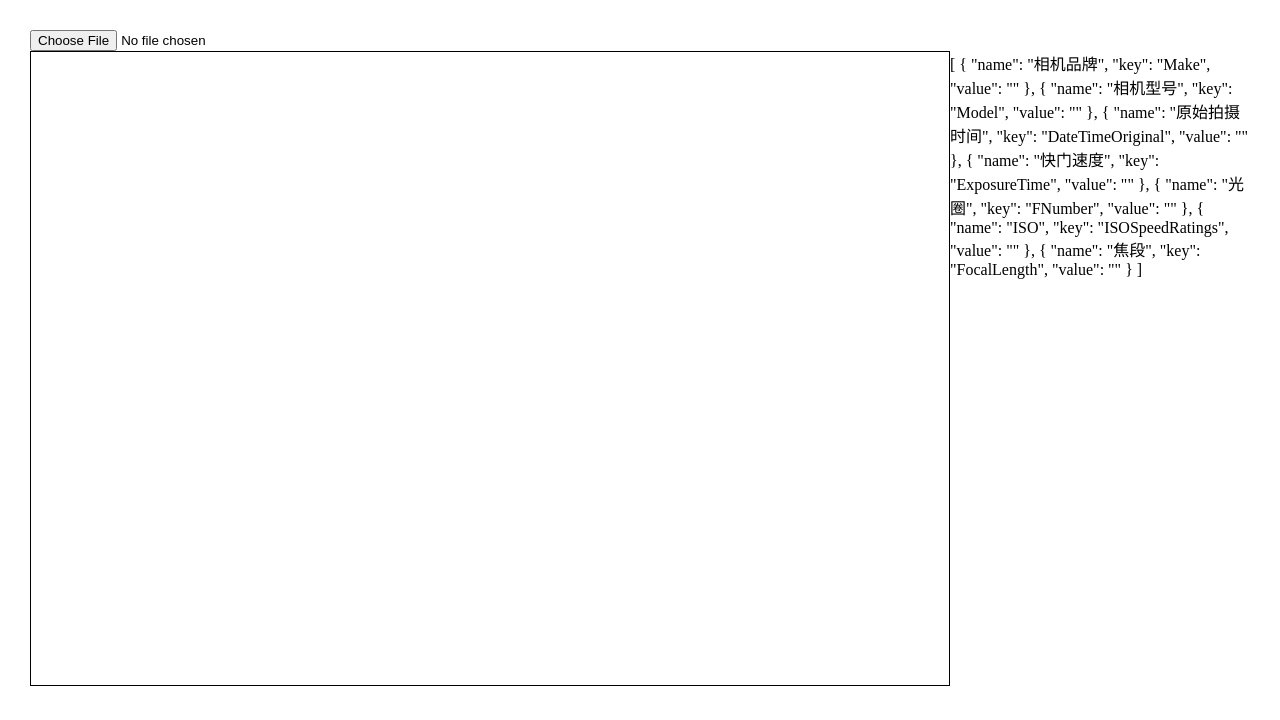
Repository: Gaays/camera-watermark
Page: /
The author's editor kept a copy of each file at every save. The page is drawn from the files as they stood at one save, then again after the next save.
The browser window is 1280 px wide. The pictures show the whole page.
The project was rebuilt for these pictures with package versions that can differ from the ones it lists, and the page was loaded fresh each time. Also part of the build but not shown: vue.config.js.

Above is the page before, as saved 2024-08-17 23:16:22.

### src/App.vue
<template>
  <CameraWatermark />
</template>

<script setup>
import CameraWatermark from './components/cameraWatermark.vue'

</script>

<style>
* {
  box-sizing: border-box;
}

html,
body,
#app {
  margin: 0;
  padding: 0;
  width: 100vw;
  height: 100vh;
}</style>

### src/components/cameraWatermark.vue
<template>
  <div class="content">
    <input type="file" id="fileInput" accept="image/*" @change="handleFileChange">
    <div class="show-box">
      <canvas id="imageCanvas" style="border: 1px solid black;"></canvas>
      <div class="data-box">
        <span>{{ output }}</span>
      </div>
    </div>
  </div>
</template>

<script setup>
import { ref, onMounted } from 'vue'
import EXIF from 'exif-js'
import CanonImg from '../assets/canon.png'
import NikonImg from '../assets/nikon.png'
import SonyImg from '../assets/sony.png'

const borderInfo = {
  left: 20,
  top: 20,
  right: 20,
  bottom: 80,
}

const markMap = {
  Canon: CanonImg,
  Nikon: NikonImg,
  Sony: SonyImg
}

const output = ref([
  {
    name: '相机品牌', key: 'Make', value: ''
  },
  {
    name: '相机型号', key: 'Model', value: ''
  },
  {
    name: '原始拍摄时间', key: 'DateTimeOriginal', value: ''
  },
  {
    name: '快门速度', key: 'ExposureTime', value: ''
  },
  {
    name: '光圈', key: 'FNumber', value: ''
  },
  {
    name: 'ISO', key: 'ISOSpeedRatings', value: ''
  },
  {
    name: '焦段', key: 'FocalLength', value: ''
  },
])

const handleExif = (arrayBuffer) => {
  const exifData = EXIF.readFromBinaryFile(arrayBuffer);
  output.value.forEach(item => {
    if (exifData[item.key]) {
      const data = exifData[item.key];
      item.value = data;
      // 单独处理快门速度，把值改为分数显示
      if (item.key === 'ExposureTime') {
        if (data > 1) {
          item.value = data + 's'
        } else {
          item.value = '1/' + 1 / data + 's'
        }
      } else if (item.key === 'FNumber') {
        // 单独处理光圈
        item.value = 'f/' + data
      } else if (item.key === 'FocalLength') {
        // 单独处理焦段
        item.value = data + 'mm'
      } else if (item.key === 'ISOSpeedRatings') {
        item.value = 'ISO ' + data
      }
    } else {
      item.value = '-'
    }
  })
}

const handleImg = (file) => {
  const originImg = URL.createObjectURL(file);
  const canvas = document.getElementById('imageCanvas');
  const ctx = canvas.getContext('2d');
  ctx.clearRect(0, 0, canvasBox.width, canvasBox.height);

  const img = new Image();
  img.onload = function () {
    const aspectRatio = img.width / img.height;
    let imgWidth = 0
    let imgHeight = 0
    if (img.width >= img.height) {
      imgWidth = imgBox.width;
      imgHeight = imgWidth / aspectRatio;
    } else {
      imgHeight = imgBox.height;
      imgWidth = imgHeight * aspectRatio;
    }

    ctx.strokeRect(0, 0, imgWidth + borderInfo.left + borderInfo.right, imgHeight + borderInfo.top + borderInfo.bottom);
    // 将图片绘制到 canvas 上
    ctx.drawImage(img, borderInfo.left, borderInfo.top, imgWidth, imgHeight);

    // 绘制水印
    handleDrawExif(ctx, imgWidth, imgHeight);
  };
  img.src = originImg; // 设置图片源为读取的文件数据
}

const handleDrawExif = (ctx, width, height) => {
  ctx.font = "18px bold Arial";
  ctx.fillStyle = "rgb(0, 0, 0)";
  // 品牌
  const brand = output.value[0].value;
  // 快门速度
  const exposureTime = output.value[3].value;
  // 光圈
  const fNumber = output.value[4].value;
  // ISO
  const iso = output.value[5].value;
  // 焦段
  const focalLength = output.value[6].value;

  const list = [focalLength, fNumber, exposureTime, iso]
  const text = list.join(' ')
  const textWidth = ctx.measureText(text).width;
  const textLeft = (width - textWidth + borderInfo.left);
  const textTop = (height + borderInfo.top + 50);

  ctx.fillText(text, textLeft, textTop)

  // 绘制品牌
  drawBrand(brand, ctx, width, height)
}

// 绘制品牌
const drawBrand = (brand, ctx, width, height) => {
  if (brand && markMap[brand]) {
    const originImg = markMap[brand];
    const img = new Image();
    img.onload = function () {
      const aspectRatio = img.width / img.height;
      const imgHeight = 30
      const imgWidth = imgHeight * aspectRatio
      const imgTop = height + borderInfo.top + 20
      const imgLeft = borderInfo.left

      ctx.drawImage(img, imgLeft, imgTop, imgWidth, imgHeight);
    };
    img.src = originImg; // 设置图片源为读取的文件数据
  }
}

const handleFileChange = (event) => {
  const file = event.target.files[0];
  if (file) {
    const reader = new FileReader();

    reader.onload = function (e) {
      const arrayBuffer = e.target.result;
      // 读exif数据
      handleExif(arrayBuffer)

      // canvas渲染图片
      handleImg(file)

    };

    reader.readAsArrayBuffer(file);
  }
}

let imgBox = {
  width: 0,
  height: 0
}
let canvasBox = {
  width: 0,
  height: 0
}
const initData = () => {
  const dom = document.getElementById('imageCanvas');
  const domSizeData = dom.getClientRects();
  imgBox = {
    width: domSizeData[0].width,
    height: domSizeData[0].height,
  }
  const canvas = document.getElementById('imageCanvas');
  canvas.width = imgBox.width + borderInfo.left + borderInfo.right;
  canvas.height = imgBox.height + borderInfo.top + borderInfo.bottom;
  canvasBox = {
    width: canvas.width,
    height: canvas.height,
  }
}

onMounted(() => {
  initData()
})
</script>

<!-- Add "scoped" attribute to limit CSS to this component only -->
<style lang="scss" scoped>
.content {
  width: 100%;
  height: 100%;
  padding: 30px 30px;

  .show-box {
    width: 100%;
    height: calc(100% - 25px);
    display: flex;

    #imageCanvas {
      width: calc(100% - 300px);
      height: 100%;
    }

    .data-box {
      width: 300px;
      height: 100%;
      overflow: auto;
    }
  }
}
</style>

Loaded but not shown: public/index.html (common file); src/main.js (common file)

After the next save:
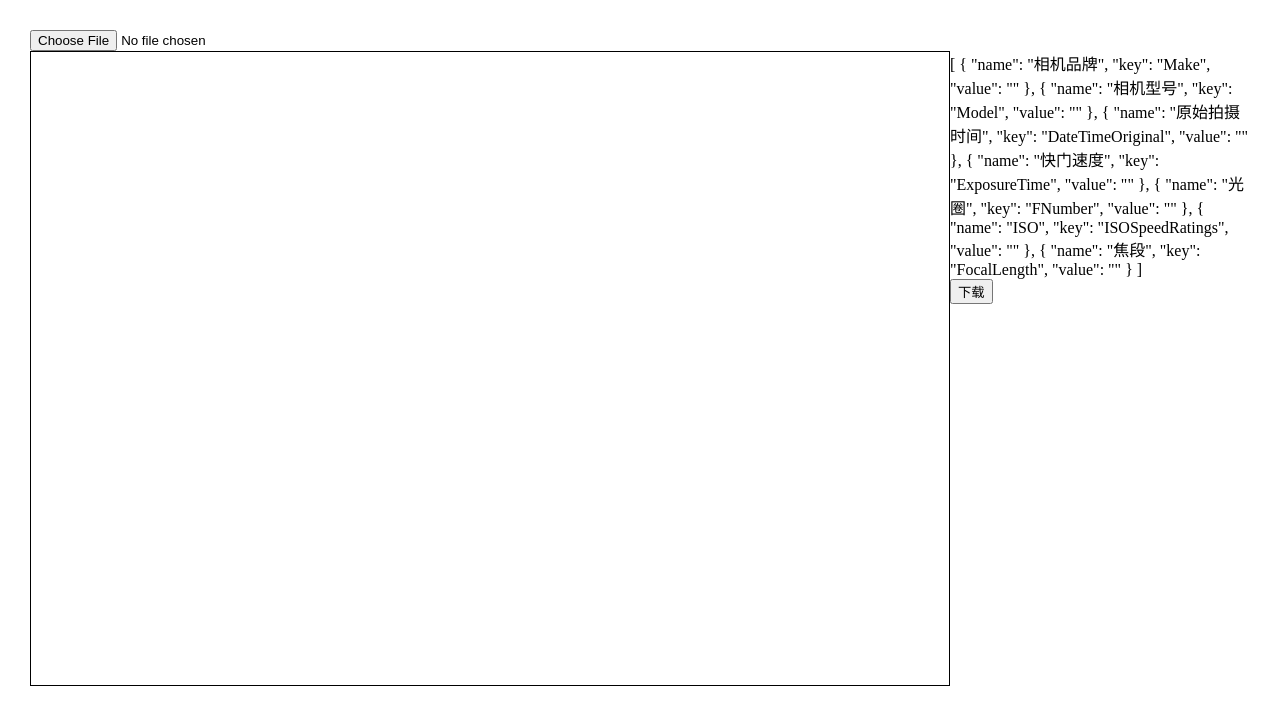
Saved 4 min 3 s later.
--- a/src/components/cameraWatermark.vue
+++ b/src/components/cameraWatermark.vue
@@ -5,6 +5,9 @@
       <canvas id="imageCanvas" style="border: 1px solid black;"></canvas>
       <div class="data-box">
         <span>{{ output }}</span>
+        <div class="btn-box">
+          <button @click="handleDownload">下载</button>
+        </div>
       </div>
     </div>
   </div>
@@ -82,6 +85,10 @@ const handleExif = (arrayBuffer) => {
   })
 }
 
+let imgInfo = {
+  width: 0,
+  height: 0
+}
 const handleImg = (file) => {
   const originImg = URL.createObjectURL(file);
   const canvas = document.getElementById('imageCanvas');
@@ -90,6 +97,10 @@ const handleImg = (file) => {
 
   const img = new Image();
   img.onload = function () {
+    // 获取图片宽高
+    imgInfo.width = img.width
+    imgInfo.height = img.height
+
     const aspectRatio = img.width / img.height;
     let imgWidth = 0
     let imgHeight = 0
@@ -100,7 +111,6 @@ const handleImg = (file) => {
       imgHeight = imgBox.height;
       imgWidth = imgHeight * aspectRatio;
     }
-
     ctx.strokeRect(0, 0, imgWidth + borderInfo.left + borderInfo.right, imgHeight + borderInfo.top + borderInfo.bottom);
     // 将图片绘制到 canvas 上
     ctx.drawImage(img, borderInfo.left, borderInfo.top, imgWidth, imgHeight);
@@ -198,6 +208,11 @@ const initData = () => {
   }
 }
 
+// 后台创建canvas尺寸和图片尺寸一致
+const handleDownload = () => {
+
+}
+
 onMounted(() => {
   initData()
 })
